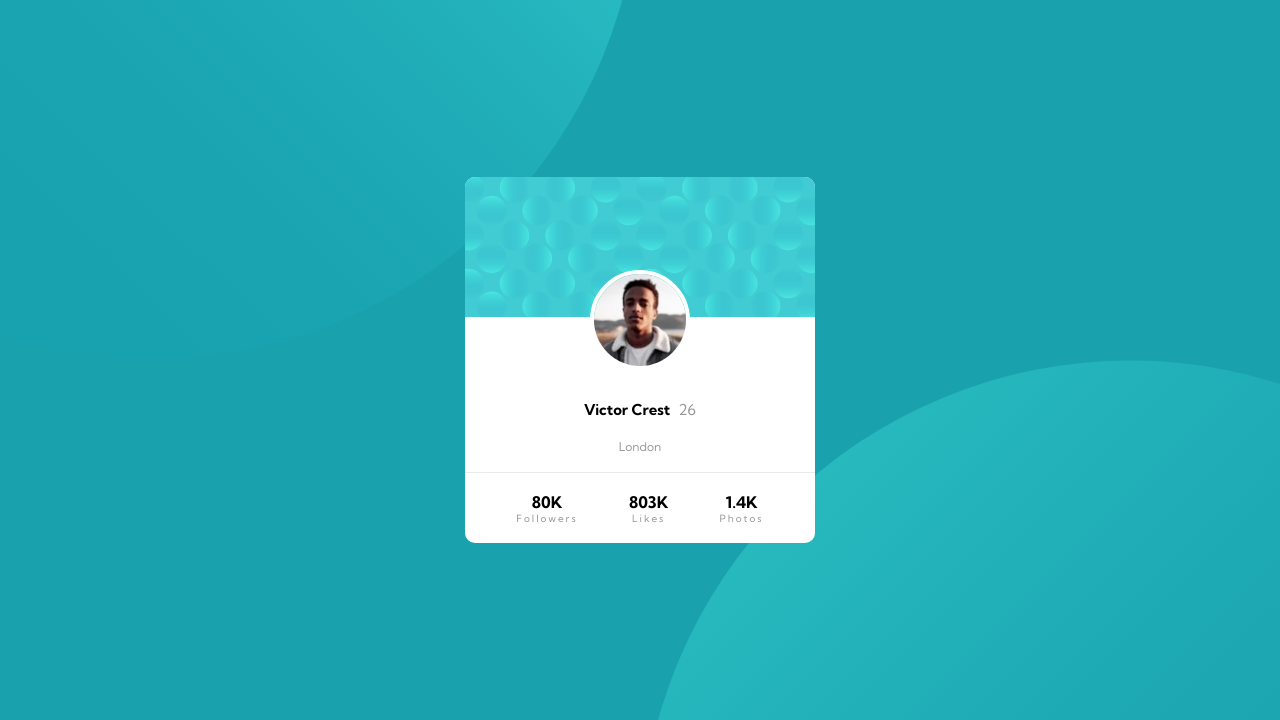
Repository: thaibaocoder1/profile-card-component-main
Page: index.html
These files come from the project's save history. The page is drawn as it stood at one moment and after the next save; the edit follows.
The browser window is 1280 px wide. The pictures show the whole page.

Above is the page before, as saved 2023-01-11 14:24:27.

### index.html
<!DOCTYPE html>
<html lang="en">
<head>
  <meta charset="UTF-8">
  <meta name="viewport" content="width=device-width, initial-scale=1.0">
  <link rel="icon" type="image/png" sizes="32x32" href="./images/favicon-32x32.png">
  <link rel="preconnect" href="https://fonts.googleapis.com">
  <link rel="preconnect" href="https://fonts.gstatic.com" crossorigin>
  <link href="https://fonts.googleapis.com/css2?family=Kumbh+Sans:wght@400;700&display=swap" rel="stylesheet">
  <title>Frontend Mentor | Profile card component</title>
  <link rel="stylesheet" href="./style.css">
  <!-- Feel free to remove these styles or customise in your own stylesheet 👍 -->
  <style>
    .attribution { font-size: 11px; text-align: center; }
    .attribution a { color: hsl(228, 45%, 44%); }
  </style>
</head>
<body>
  <main class="card">
    <section class="card__wrapper">
      <img src="./images/bg-pattern-card.svg" alt="">
      <section class="card__content">
        <img src="./images/image-victor.jpg" alt="">
        <h2 class="card__bottom--heading">Victor Crest <span>26</span></h2>
        <p class="card__bottom--address">London</p>
        <section class="footer">
            <div class="card__bottom--item">
              <p>80K</p>
              <span>Followers</span>
            </div>
            <div class="card__bottom--item">
              <p>803K</p>
              <span>Likes</span>
            </div>
            <div class="card__bottom--item">
              <p>1.4K</p>
              <span>Photos</span>
            </div>
        </section>
      </section>
    </section>
  </main>
  <!-- <div class="attribution">
    Challenge by <a href="https://www.frontendmentor.io?ref=challenge" target="_blank">Frontend Mentor</a>.
    Coded by <a href="#">Your Name Here</a>.
  </div> -->
</body>
</html>

### style.css
@import url('https://fonts.googleapis.com/css2?family=Kumbh+Sans:wght@400;700&display=swap');
* {
    margin: 0;
    padding: 0;
    box-sizing: border-box;
    border: none;
    outline: none;
}
html {
    font-size: 62.5%;
}
body {
    text-rendering: optimizeLegibility;
    scroll-behavior: smooth;
    font-family: 'Kumbh Sans', sans-serif;
    display: flex;
    align-items: center;
    justify-content: center;
    background-color: var(--dark-cyan);
    min-height: calc(100vh - 1px);
    background-image: url("./images/bg-pattern-top.svg"),
    url("./images/bg-pattern-bottom.svg");
    background-repeat: no-repeat, no-repeat;
    background-position: right 50vw bottom 50vh, left 50vw top 50vh;
}
:root {
    --dark-cyan: hsl(185, 75%, 39%);
    --very-dark-blue: hsl(229, 23%, 23%);
    --dark-blue: hsl(227, 10%, 46%);
    --dark-grey: hsl(0, 0%, 59%);
}
.card {
    margin: 0 auto;
    text-align: center;
}
.card__wrapper {
    max-width: 420px;
    background-color: #fff;
    border-radius: 1rem;
    overflow: hidden;
    margin: 1rem;
}
.card__content {
    position: relative;
    padding-top: 6rem;
}
.card__content img {
    width: 10rem;
    height: 10rem;
    border-radius: 50%;
    border: 4px solid #fff;
    position: absolute;
    top: 0;
    left: 50%;
    transform: translate(-50%, -50%);
}
.card__content {
    font-weight: bold;
}
.card__content .card__bottom--heading {
    margin-top: 2rem;
}
.card__content .card__bottom--heading span {
    color: var(--dark-grey);
    font-weight: 500;
    margin-left: 0.5rem;
}
.card__content .card__bottom--address {
    color: var(--dark-grey);
    font-size: 1.2rem;
    font-weight: 500;
    padding: 2rem 0;
}
.card__content::before {
    content: "";
    width: 100%;
    height: 1px;
    background-color: var(--dark-grey);
    opacity: 0.2;
    position: absolute;
    left: 0;
    bottom: 7rem;
    z-index: 1;
}
.footer {
    display: flex;
    justify-content: space-evenly;
}
.footer .card__bottom--item {
    margin: 1.8rem 0;
}
.footer .card__bottom--item p {
    font-size: 1.6rem;
}
.footer .card__bottom--item span {
    color: var(--dark-grey);
    font-size: 1rem;
    font-weight: 400;
    letter-spacing: 2px;
}

@media screen and (min-width: 376) {
    body {
        background-position: right 40vw bottom 47vh, left 45vw top 51vh;

    }
}

After the next save:
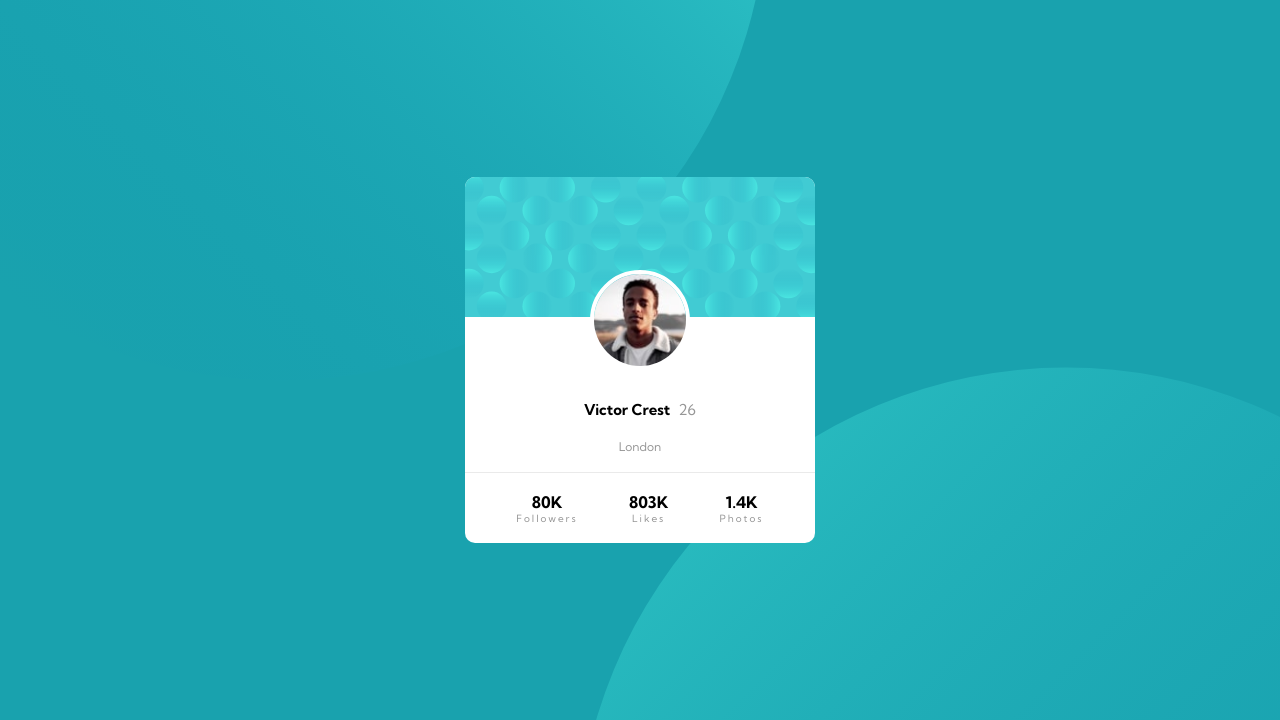
Saved 32 s later.
--- a/style.css
+++ b/style.css
@@ -99,7 +99,7 @@ body {
     letter-spacing: 2px;
 }
 
-@media screen and (min-width: 376) {
+@media screen and (min-width: 375px) {
     body {
         background-position: right 40vw bottom 47vh, left 45vw top 51vh;
 
